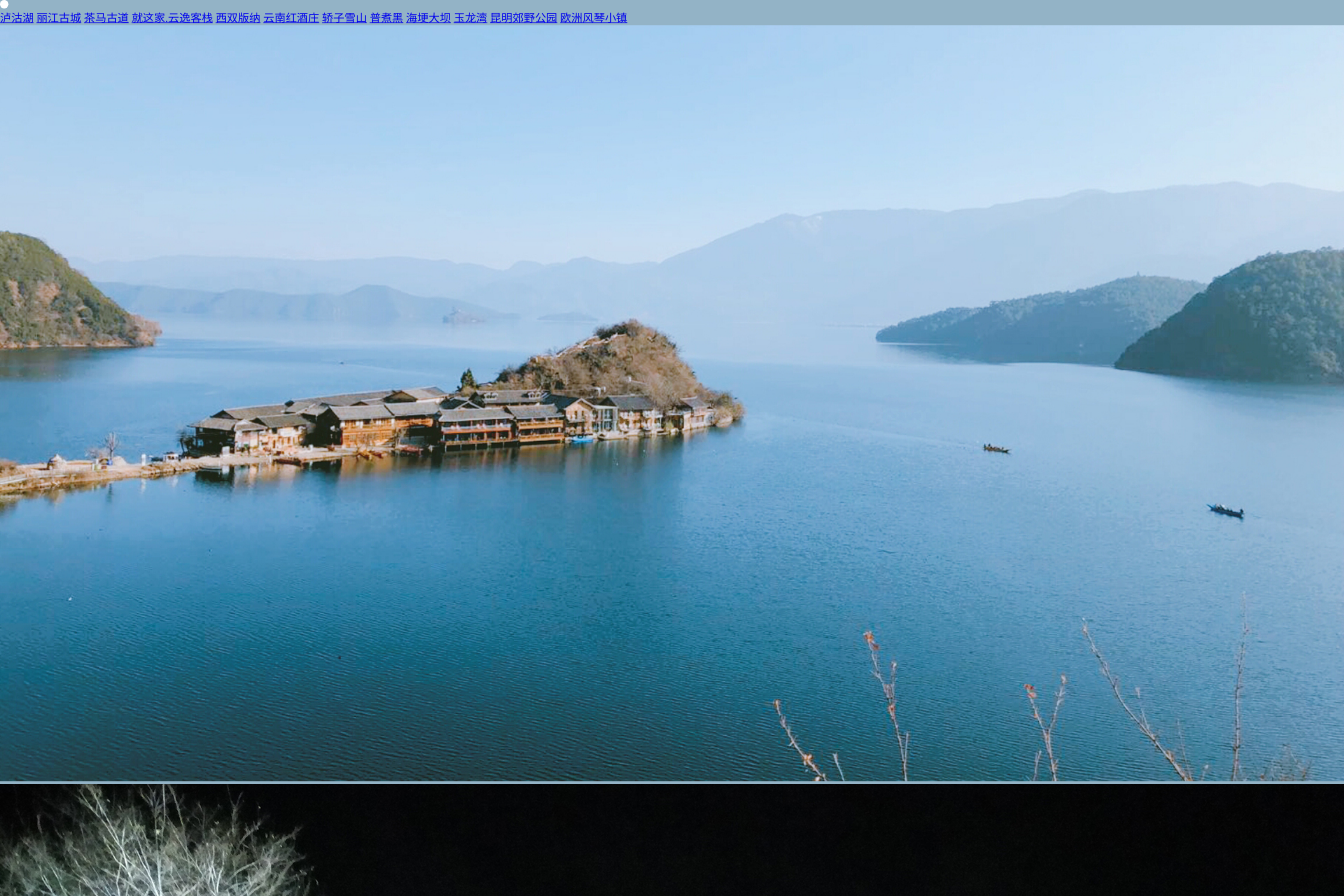
Repository: zhenzhen-gong/-jQuerydemo
Page: index.html
An editor plug-in stored every save of this project. The page is shown before and after the next save, followed by the edit.
The browser window is 1280 px wide. The page is 1920 px wide, so the pictures cover 1920 px, including what lies to the right of the window. The pictures show the part of the page from y = 0 to 1280 px (the page is 13044 px tall before and 13114 px after), at 70% of full size.

Above is the page before, as saved 2020-06-05 11:19:56.

After the next save:
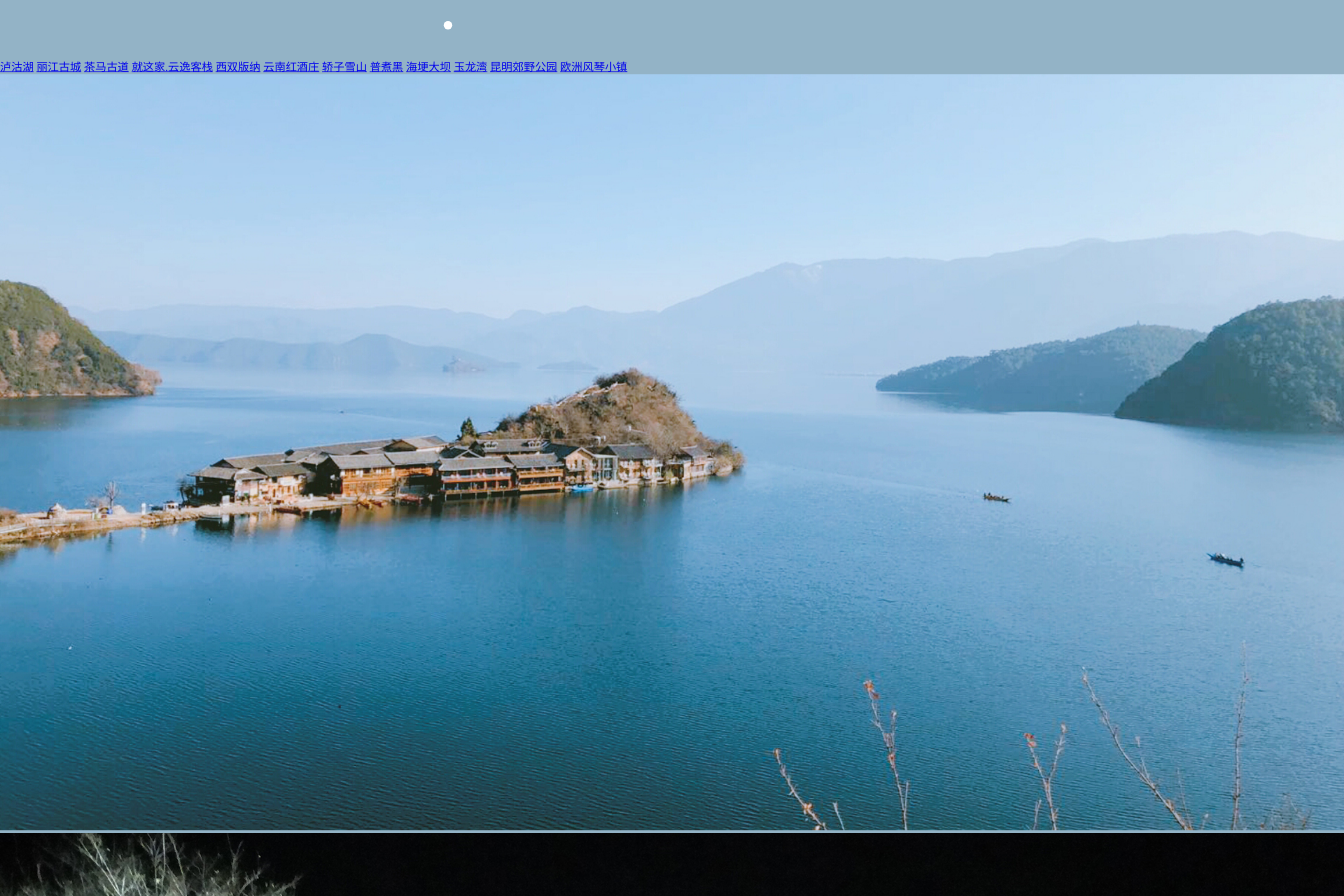
Saved 20 s later.
--- a/style.css
+++ b/style.css
@@ -10,4 +10,5 @@ body{
     height: 12px;
     width: 12px;
     border-radius: 50%;
+    margin: 30px auto 40px;
 }
